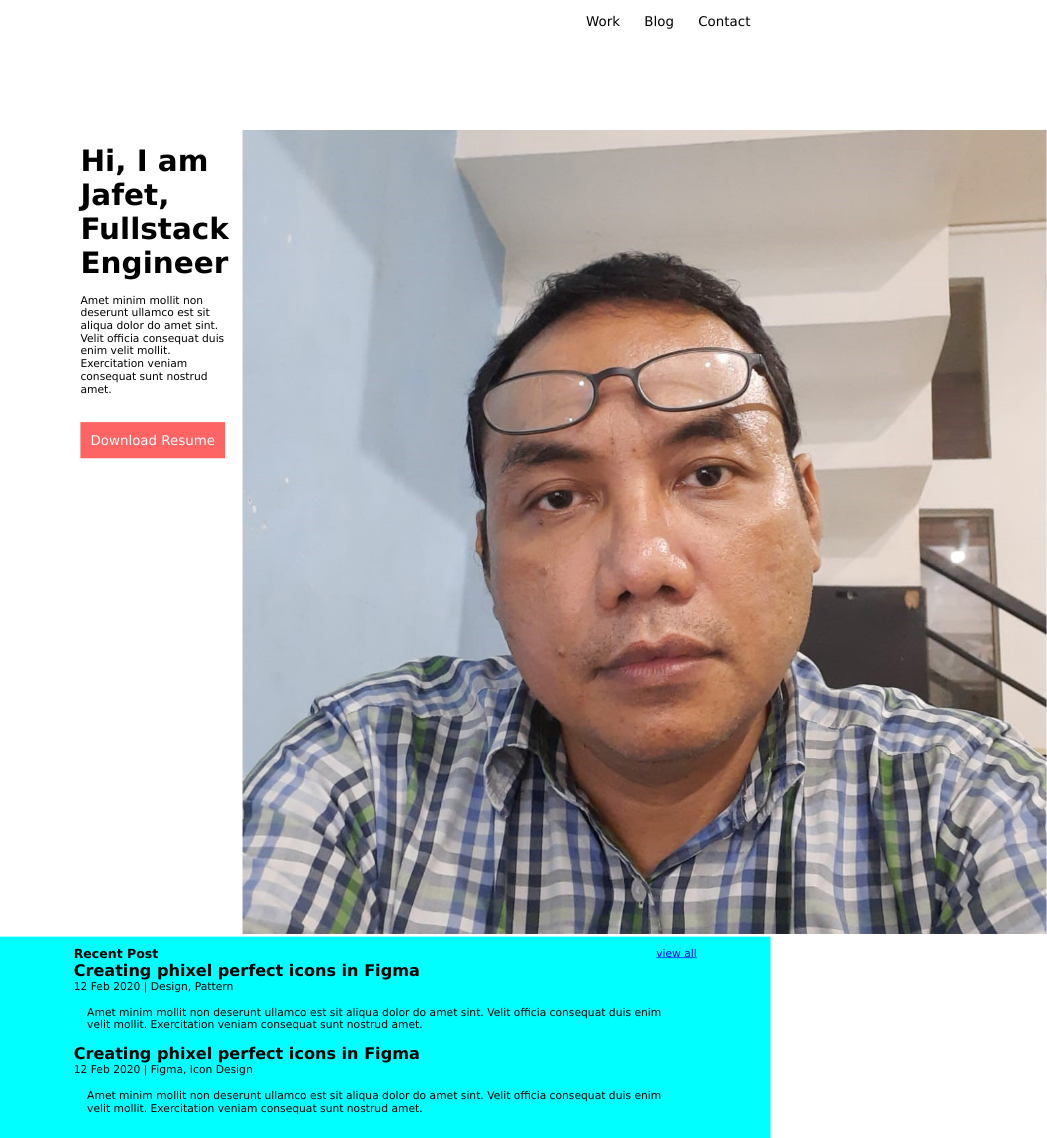
Repository: jafetdn73/portofolio
Page: index.html
The author's editor kept a copy of each file at every save. The page is drawn from the files as they stood at one save, then again after the next save.
The browser window is 1280 px wide. The page is 1562 px wide, so the pictures cover 1562 px, including what lies to the right of the window. The pictures show the whole page, at 67% of full size.

Above is the page before, as saved 2022-02-23 08:33:04.

### index.html
<!DOCTYPE html>
<html lang="en">
<head>
    <meta charset="UTF-8">
    <meta http-equiv="X-UA-Compatible" content="IE=edge">
    <meta name="viewport" content="width=device-width, initial-scale=1.0">
    <link rel="stylesheet" href="figma.css">
    <title>Belajar HTML CSS</title>
</head>
<body>
    <div class="container">
        <!-- Start Menu Bar -->
        <div class="menu-bar">
            <ul>
                <li>
                    Work
                </li>
                <li>
                    Blog
                </li>
                <li>
                    Contact
                </li>
            </ul>
        </div>
        <!-- Starr Hero -->
        <div class="hero">
            <div class="hero-text">
                <h1>Hi, I am Jafet,<br/>
                    Fullstack Engineer
                </h1>
                <p>
                    Amet minim mollit non deserunt ullamco est sit aliqua dolor do amet sint. Velit officia consequat duis enim velit mollit. Exercitation veniam consequat sunt nostrud amet.
                </p>
                <button>Download Resume</button>
            </div>
            <div class="hero-image">
                <img src="jafet.png"/>
            </div>
        </div>
        <!-- Start Post -->
        <div class="post">
            <div class="post-navi">
                <h3>Recent Post</h3>
                <a href="http://detik.com">view all</a>
            </div>
            <div class="post-content">
                <div class="post-content">
                    <h2>Creating phixel perfect icons in Figma</h2>
                    <label>12 Feb 2020</label>
                    <label>|</label>
                    <label>Design, Pattern</label>
                    <p>
                        Amet minim mollit non deserunt ullamco est sit aliqua dolor do amet sint. Velit officia consequat duis enim velit mollit. Exercitation veniam consequat sunt nostrud amet.
                    </p>
                </div>
                <div class="post-content">
                    <h2>Creating phixel perfect icons in Figma</h2>
                    <label>12 Feb 2020</label>
                    <label>|</label>
                    <label>Figma, Icon Design</label>
                    <p>
                        Amet minim mollit non deserunt ullamco est sit aliqua dolor do amet sint. Velit officia consequat duis enim velit mollit. Exercitation veniam consequat sunt nostrud amet.
                    </p>
                </div>
            </div>
        </div>
    </div>
</body>
</html>

### figma.css
* {
    margin: 0;
    font-family:Verdana, Geneva, Tahoma, sans-serif;
}
.container {
    width: 1150px;
}

.menu-bar {
    display: flex;
    justify-content: flex-end;
    margin-top: 20px;
}

.menu-bar ul li {
    display: inline;
    margin-right: 30px;
    font-size: 20px;
}

/* Start Hero */
.hero {
    display: flex;
    justify-content: space-around;
    margin-top: 150px;
    padding: 0 100px;
}

.hero-text {
    width: 450px;
}

.hero-text h1 {
    font-size: 44px;
    font-weight: 400px;
}

.hero-text p {
    font-size: 16px;
}

.hero-text h1, p, button
{
    margin: 20px;
}

.hero-text button {
    background-color: #FF6464;
    border-style: none;
    padding: 15px;
    font-size: 20px;
    color: white;
}

/* Start Post */
.post {
    background-color:aqua;
    padding:15px 110px;
}

.post-navi {
    display :flex;
    justify-content:space-between ;
}

After the next save:
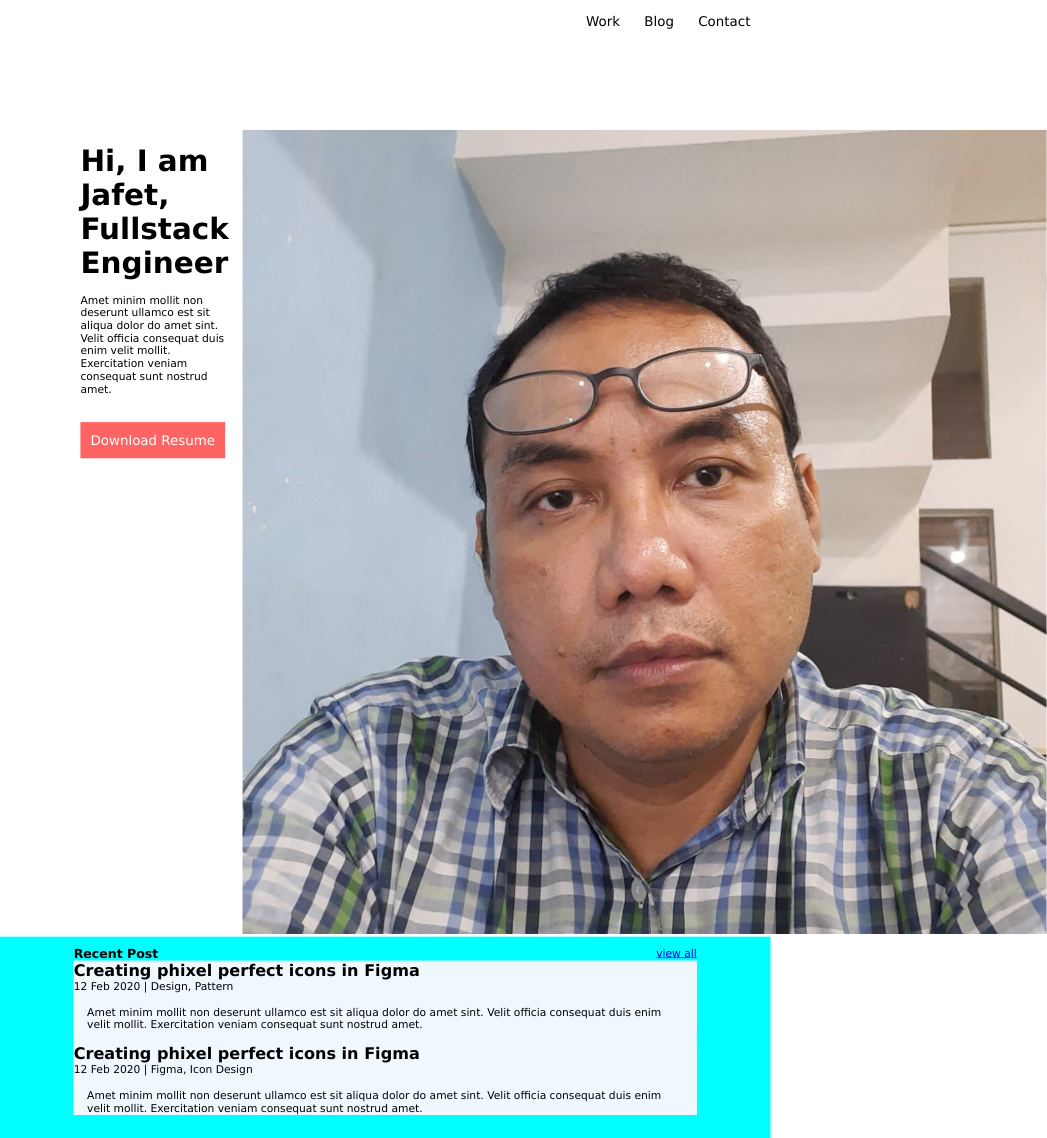
Saved 32 s later.
--- a/figma.css
+++ b/figma.css
@@ -62,3 +62,7 @@
     display :flex;
     justify-content:space-between ;
 }
+
+.post-content {
+    background-color: aliceblue;
+}
